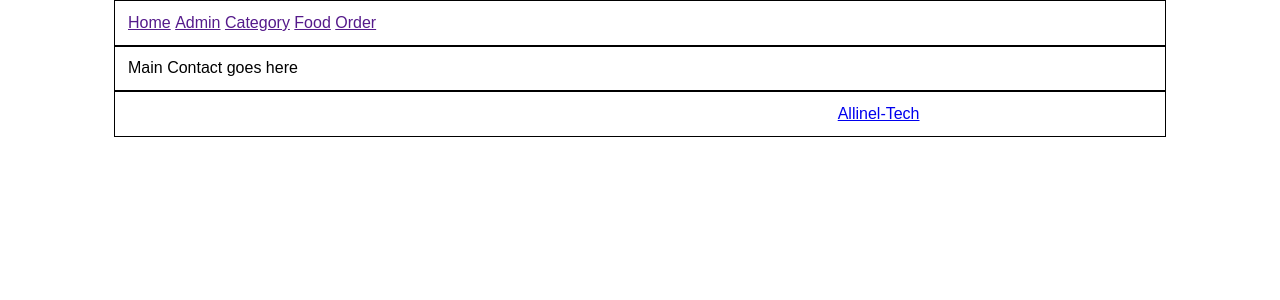
Repository: yazshrilld/food_order
Page: http://localhost/admin/index.php
These files come from the project's save history. The page is drawn as it stood at one moment and after a run of saves; the edit follows.
The browser window is 1280 px wide. The pictures show the whole page.
The page is run by PHP 8.4 with error messages shown; the project is at /var/www/html/.

Above is the page before, as saved 2021-01-24 16:15:44.

After the next 2 saves:
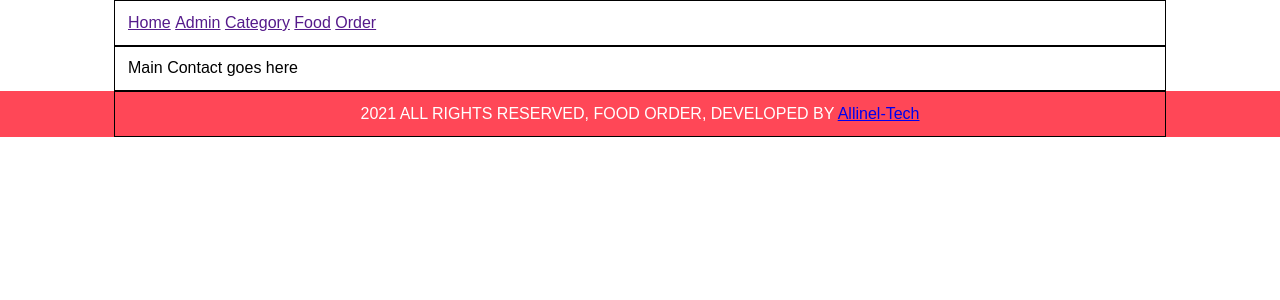
The 2 saves are shown as one change because they came seconds apart.
The last was saved 10 s later.
--- a/css/admin.css
+++ b/css/admin.css
@@ -30,6 +30,6 @@
 
 /* CSS for footer */
 .footer {
-    background-color: #;
+    background-color: #ff4757;
     color: white;
 }
